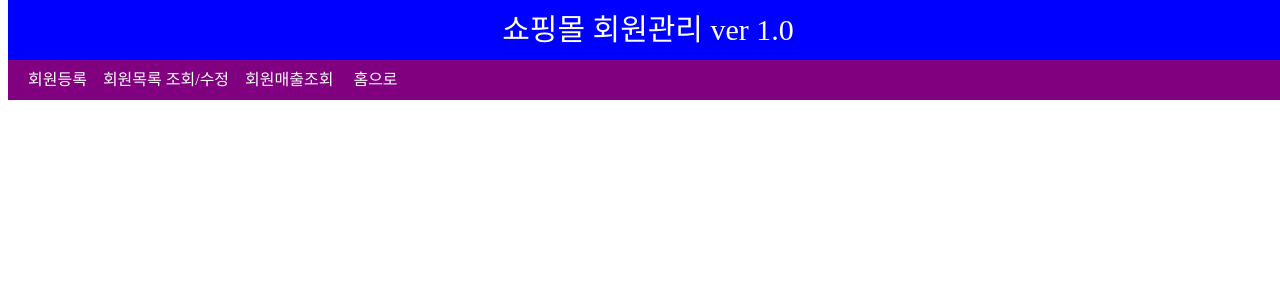
Repository: haileylee94/mini-project
Page: http://localhost/hrd/
The author's editor kept a copy of each file at every save. The page is drawn from the files as they stood at one save, then again after the next save.
The browser window is 1280 px wide. The pictures show the whole page.
The page is served by Tomcat 9. Other server files are loaded and not shown.

Above is the page before, as saved 2022-11-17 09:23:49.

### hrd/WebContent/index.jsp
<%@ page language="java" contentType="text/html; charset=UTF-8"
    pageEncoding="UTF-8"%>
<!DOCTYPE html>
<html>
<head>
<meta charset="UTF-8">
<title>index</title>
<style type="text/css">
	header{
		position:fixed;
		top:0px;
		width:100%;
		height: 60px;
		background-color: blue;
		color: white;
		text-align: center;
		line-height: 60px;
		font-size: 30px;
	}
	nav{
		position: fixed;
		top: 60px;
		width: 100%;
		height: 40px;
		background-color: purple;
		line-height: 40px;
		padding-left: 20px;
		color: #fff;
	}
</style>
</head>
<body>
	<header>
		쇼핑몰 회원관리 ver 1.0
	</header>
	<nav>
		회원등록 &nbsp;&nbsp;	회원목록 조회/수정 &nbsp;&nbsp;	회원매출조회 &nbsp;&nbsp;&nbsp;	홈으로
	</nav>
	<section>
		쇼핑몰 회원관리 프로그램
		쇼핑몰 회원 정보와 회원 매출 정보 데이터베이스를 구축하고 회원관리 프로그램을 작성하는 프로그램이다.
		프로그램 작성 순서
		1. 회원정보 테이블을 작성한다.
		2. 매출정보 테이블을 생성한다.
		...
	</section>
</body>
</html>

After the next save:
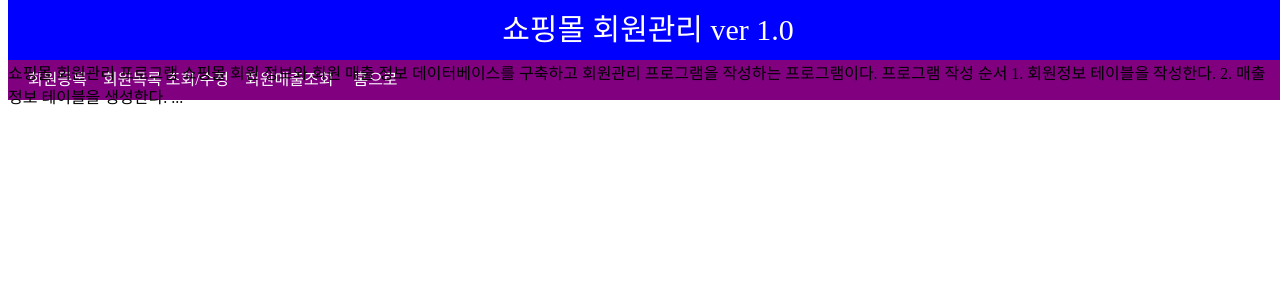
Saved 78 s later.
--- a/hrd/WebContent/index.jsp
+++ b/hrd/WebContent/index.jsp
@@ -27,6 +27,10 @@
 		padding-left: 20px;
 		color: #fff;
 	}
+	section{
+		position: fixed;
+		top: 60px;
+	}
 </style>
 </head>
 <body>
